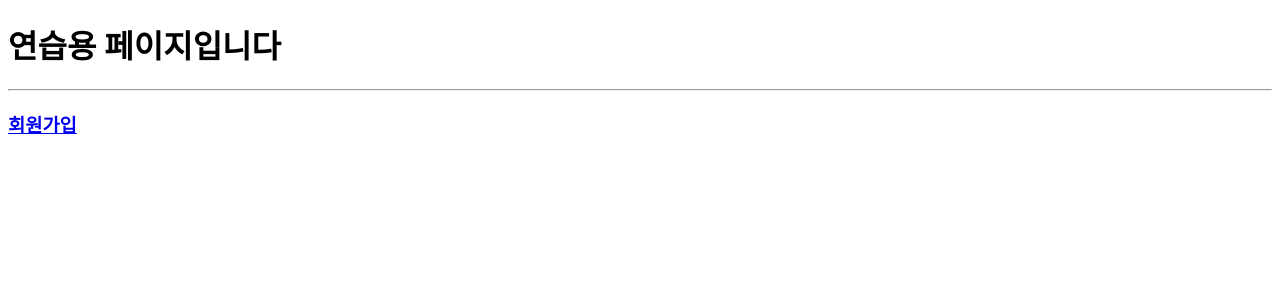
Repository: loseminho/khAcademy-Study
Page: http://localhost/02_SpringMVC_CRUD_TEST/
An editor plug-in stored every save of this project. The page is shown before and after the next save, followed by the edit.
The browser window is 1280 px wide. The pictures show the whole page.
The page is served by Tomcat 9. Other server files are loaded and not shown.

Above is the page before, as saved 2022-09-30 08:48:57.

### spring/workspace-sts-3.9.13.RELEASE/02_SpringMVC_CRUD_TEST/src/main/webapp/index.jsp
<%@ page language="java" contentType="text/html; charset=UTF-8"
    pageEncoding="UTF-8"%>
<!DOCTYPE html>
<html>
<head>
<meta charset="UTF-8">
<title>Insert title here</title>
</head>
<body>
	<h1>연습용 페이지입니다</h1>
	<hr>
	<h3><a href="/">회원가입</a></h3>
</body>
</html>

After the next save:
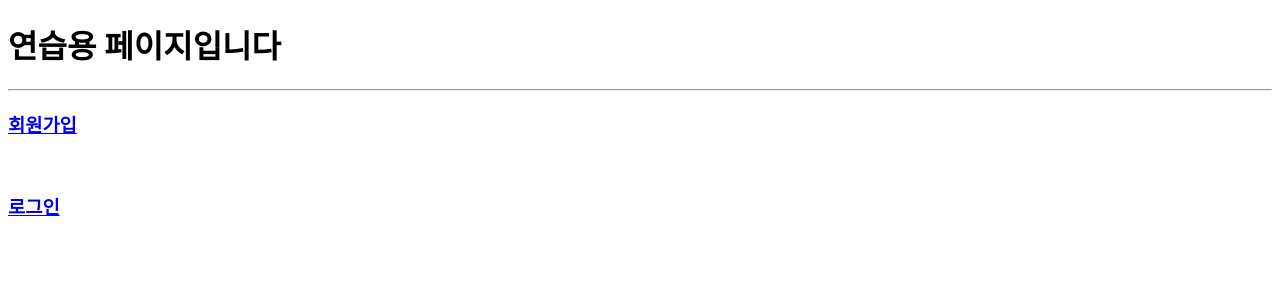
Saved 11 s later.
--- a/spring/workspace-sts-3.9.13.RELEASE/02_SpringMVC_CRUD_TEST/src/main/webapp/index.jsp
+++ b/spring/workspace-sts-3.9.13.RELEASE/02_SpringMVC_CRUD_TEST/src/main/webapp/index.jsp
@@ -9,6 +9,7 @@
 <body>
 	<h1>연습용 페이지입니다</h1>
 	<hr>
-	<h3><a href="/">회원가입</a></h3>
+	<h3><a href="/">회원가입</a></h3><br>
+	<h3><a href="/">로그인</a></h3><br>
 </body>
 </html>
